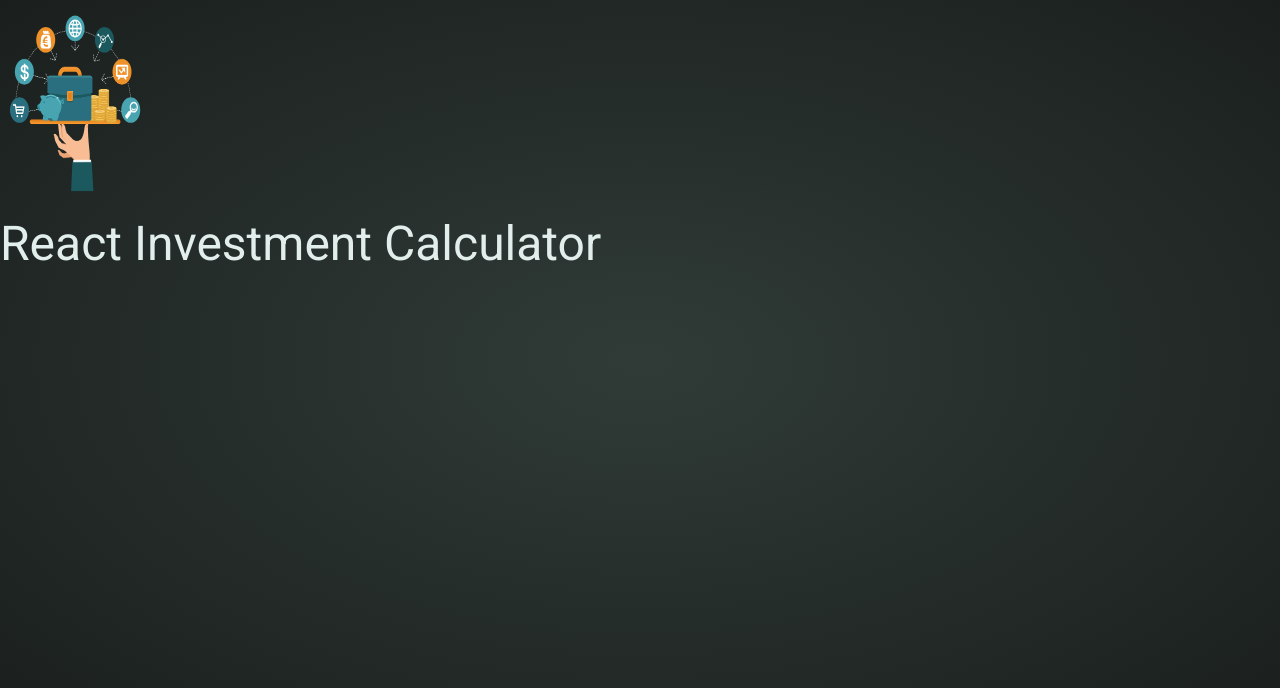
Repository: ErminiaDev/investment-app
Page: /
An editor plug-in stored every save of this project. The page is shown before and after a run of saves, followed by the edit.
The browser window is 1280 px wide. The pictures show the whole page.
The project was rebuilt for these pictures with package versions that can differ from the ones it lists, and the page was loaded fresh each time. Also part of the build but not shown: vite.config.js.

Above is the page before, as saved 2024-02-23 12:14:00.

### src/index.jsx
import ReactDOM from 'react-dom/client';

import App from './App.jsx';
import './index.css';

import '@fontsource/roboto/300.css';
import '@fontsource/roboto/400.css';
import '@fontsource/roboto/500.css';
import '@fontsource/roboto/700.css';

ReactDOM.createRoot(document.getElementById('root')).render(<App />);

### src/App.jsx
import Header from "./components/Header";

function App() {
  return (
    <Header/>
  )
}

export default App

### src/components/Header.jsx
import { Box, Stack, Typography } from "@mui/material";

export default function Header({}) {
  return (
    <Stack spacing={2}>
      <Box
        component="img"
        sx={{ height: 200, width:150 }}
        src="src/assets/investment-calculator-logo.png"
        alt=""
      />
      <Typography variant="h3">React Investment Calculator</Typography>
    </Stack>
  );
}

Loaded but not shown: index.html (common file); src/index.css (common file)

After the next 2 saves:
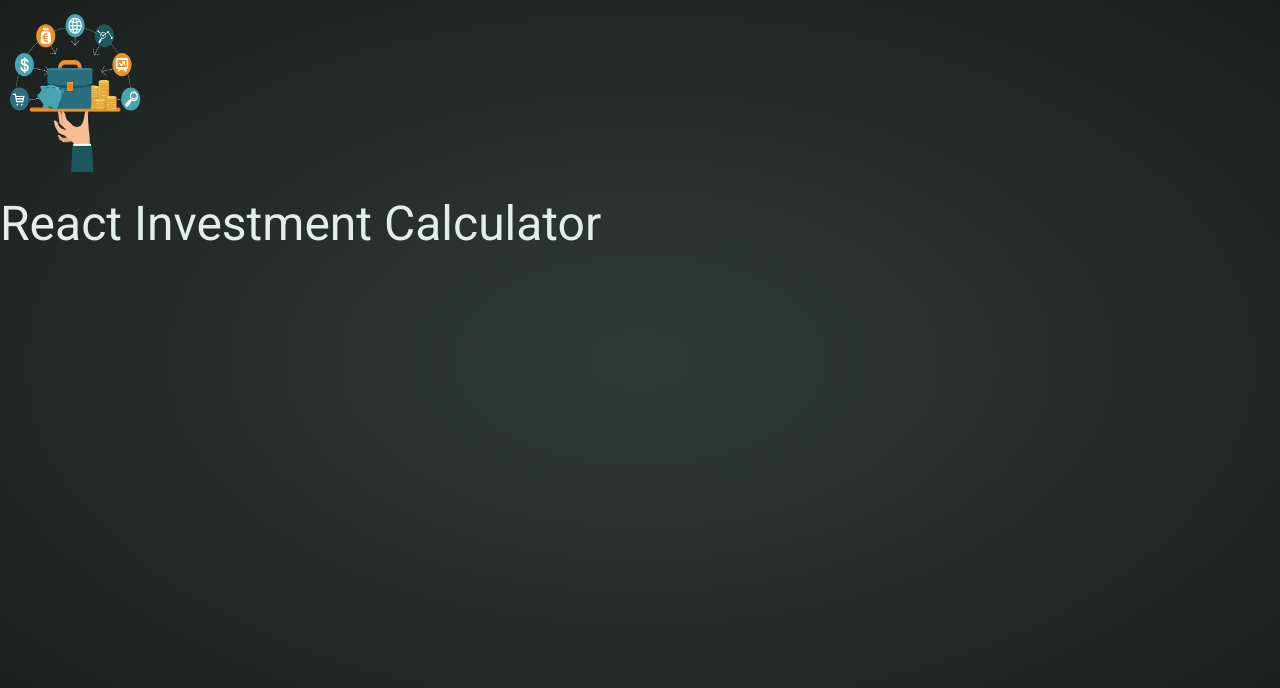
The 2 saves are shown as one change because they came seconds apart.
The last was saved 10 s later.
--- a/src/components/Header.jsx
+++ b/src/components/Header.jsx
@@ -5,7 +5,7 @@ export default function Header({}) {
     <Stack spacing={2}>
       <Box
         component="img"
-        sx={{ height: 200, width:150 }}
+        sx={{ height: 180, width:150 }}
         src="src/assets/investment-calculator-logo.png"
         alt=""
       />
